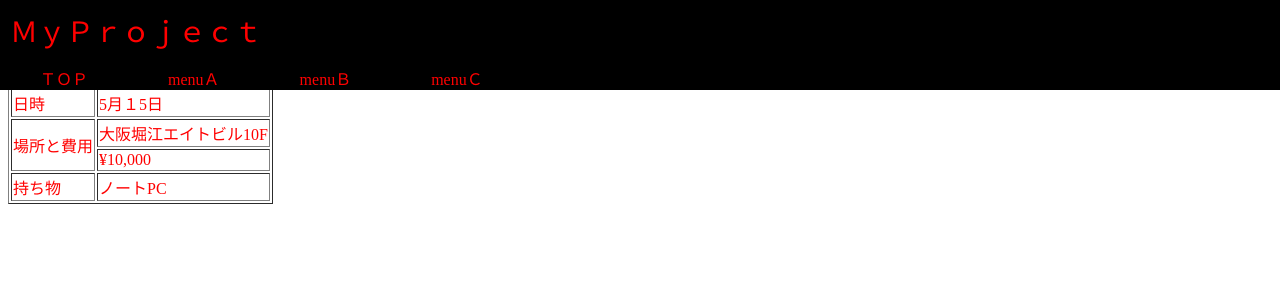
Repository: user10112018/test
Page: http://localhost/MyProject/
These files come from the project's save history. The page is drawn as it stood at one moment and after the next save; the edit follows.
The browser window is 1280 px wide. The pictures show the whole page.
The page is served by Tomcat 9. Other server files are loaded and not shown.

Above is the page before, as saved 2018-11-14 02:07:55.

### MyProject/WebContent/index.jsp
<%@ page language="java" contentType="text/html; charset=UTF-8"
    pageEncoding="UTF-8"%>
<%@ taglib prefix="s" uri="/struts-tags" %>
<!DOCTYPE html>
<html>
<head>
<meta charset="UTF-8">
<link rel="stylesheet" href="./css/style01.css">

<title>Index</title>



</head>


<body>
<!-- ============== ココカラ =============== -->

<!-- ==== header ===== -->
<header>


<div id="logo">ＭｙＰｒｏｊｅｃｔ</div>


<div id="menu">

<ul>
   <li>ＴＯＰ</li>
   <li>menuＡ</li>
   <li>menuＢ</li>
   <li>menuＣ</li>
</ul>

</div>

</header>

<!-- ==== main ===== -->

<div id="main">

<p>■ テーブル例</p>
<table border="1">
     <tr><th colspan="2">項目と内容</th></tr>
     <tr><td>日時</td><td>5月１5日</td></tr>
     <tr><td rowspan="2">場所と費用</td><td>大阪堀江エイトビル10F</td></tr>
     <tr><td>¥10,000</td></tr>
     <tr><td>持ち物</td><td>ノートPC</td></tr>
</table>




</div>
<!-- ==== footer ===== -->

<footer>

</footer>

</body>

</html>

### MyProject/WebContent/css/style01.css
@CHARSET "UTF-8";

body {
	color: red;
}


header{
	position: absolute;
	left: 0px;
	top: 0px;
	background-color: black;
	width: 100%;
}


#logo{
	font-size: 28px;
/* 	color: red; */
/* 	font-family:  */
    padding-top: 10px;
    padding-left: 10px;


}

#menu{
/* 	width: 100%; */
	heiht: 70px;
	background-color: black;
}

#menu ul{
/* 	padding-right: 20px; */

}

#menu ul li{
	float: left;
	list-style: none;
/* 	color: red; */
	font-size: 16px;
	padding-right: 80px;
/* 	text-align: left; */
    height: 24px;
}

#main{
	clear: both;
	width: 100%;
}

After the next save:
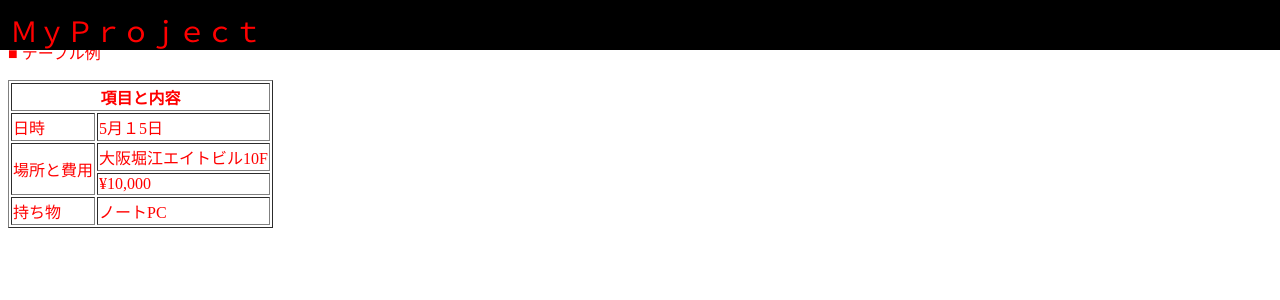
Saved 4 min 41 s later.
--- a/MyProject/WebContent/index.jsp
+++ b/MyProject/WebContent/index.jsp
@@ -20,8 +20,8 @@
 <!-- ==== header ===== -->
 <header>
 
-
 <div id="logo">ＭｙＰｒｏｊｅｃｔ</div>
+</header>
 
 
 <div id="menu">
@@ -35,7 +35,7 @@
 
 </div>
 
-</header>
+
 
 <!-- ==== main ===== -->
 

After the save that followed:
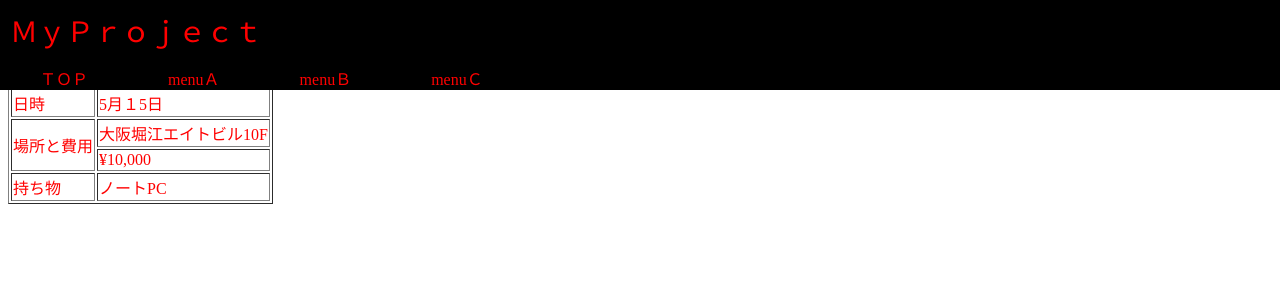
Saved 50 s later.
--- a/MyProject/WebContent/index.jsp
+++ b/MyProject/WebContent/index.jsp
@@ -21,7 +21,7 @@
 <header>
 
 <div id="logo">ＭｙＰｒｏｊｅｃｔ</div>
-</header>
+
 
 
 <div id="menu">
@@ -35,7 +35,7 @@
 
 </div>
 
-
+</header>
 
 <!-- ==== main ===== -->
 
